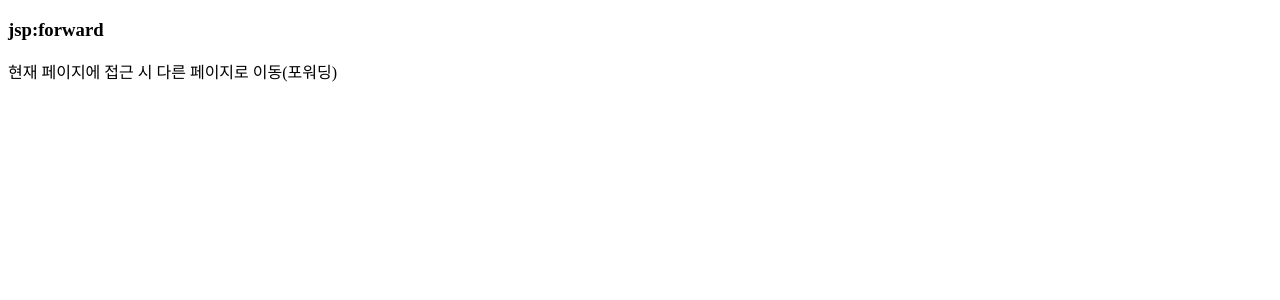
Repository: yoonseo0832/workspace
Page: http://localhost/2_jsp/views/3_StandardAction/2_forward.jsp
The author's editor kept a copy of each file at every save. The page is drawn from the files as they stood at one save, then again after the next save.
The browser window is 1280 px wide. The pictures show the whole page.
The page is served by Tomcat 9.

Above is the page before, as saved 2025-03-21 02:06:36.

After the next save:
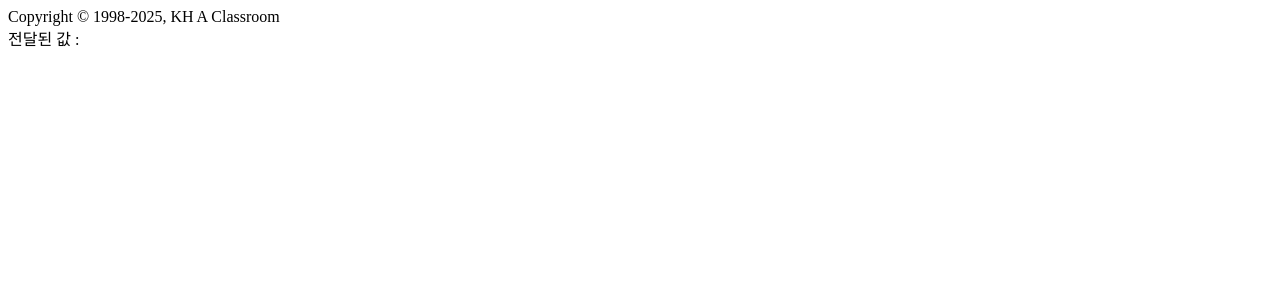
Saved 22 s later.
--- a/05_server/2_jsp/src/main/webapp/views/3_StandardAction/2_forward.jsp
+++ b/05_server/2_jsp/src/main/webapp/views/3_StandardAction/2_forward.jsp
@@ -11,5 +11,6 @@
 	<p>
 		현재 페이지에 접근 시 다른 페이지로 이동(포워딩)
 	</p>
+	<jsp:forward page="footer.jsp" />
 </body>
 </html>
